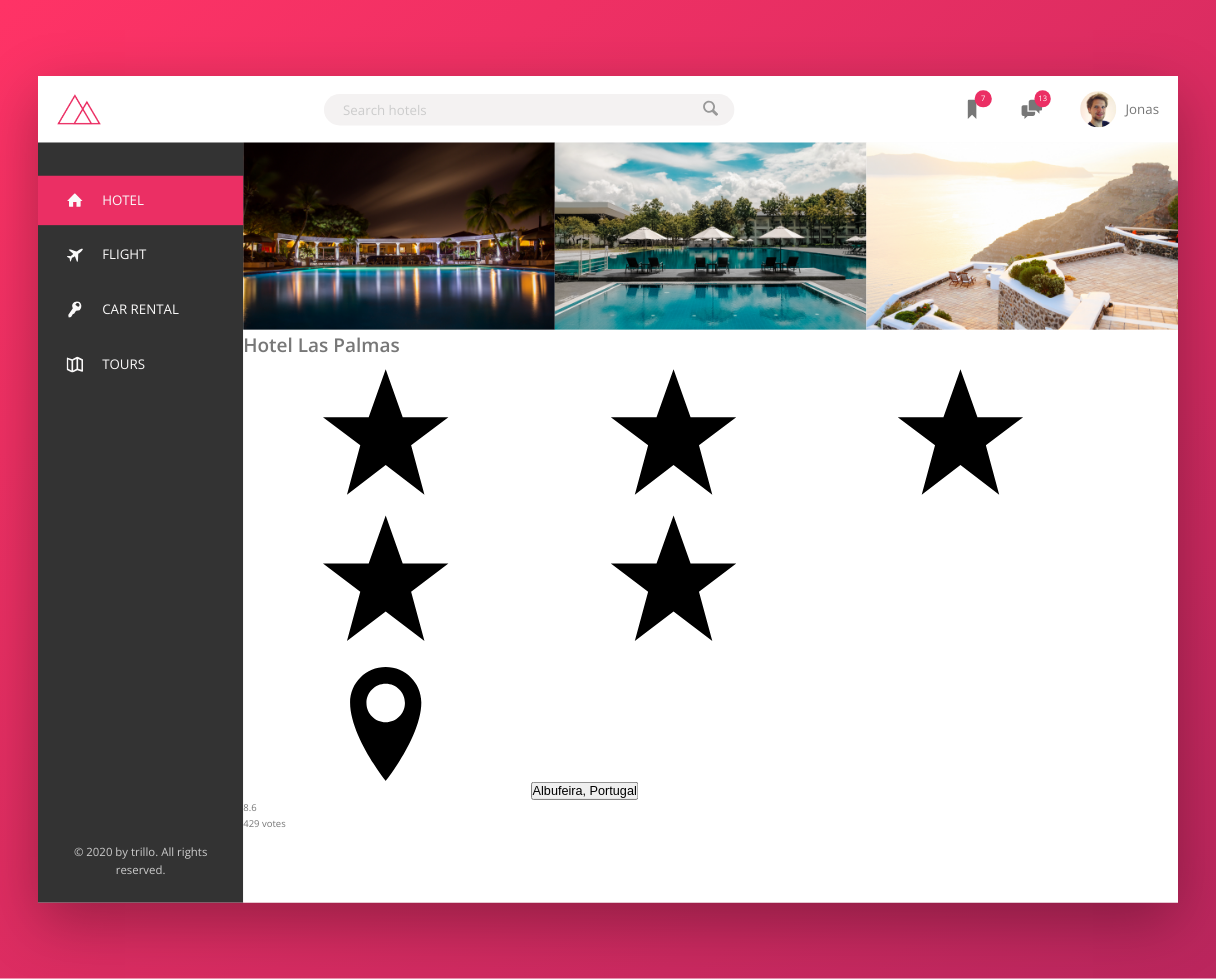
Repository: Lithium87/Trillo
Page: index.html
The author's editor kept a copy of each file at every save. The page is drawn from the files as they stood at one save, then again after the next save.
The browser window is 1280 px wide. The pictures show the whole page, at 95% of full size.
The style sheet was rebuilt from its Sass, Less or Tailwind sources for each picture, by a compiler version that may differ from the author's.

Above is the page before, as saved 2020-05-16 21:24:33.

### index.html
<!DOCTYPE html>
<html lang="en">

<head>
    <meta charset="UTF-8">
    <meta name="viewport" content="width=device-width, initial-scale=1.0">

    <link href="https://fonts.googleapis.com/css?family=Open+Sans:300,400,600" rel="stylesheet">
    <link rel="stylesheet" href="css/style.css">
    <link rel="shortcut icon" type="image/png" href="img/favicon.png">

    <title>trillo &mdash; Your all-in-one booking app</title>
</head>

<body>
    <div class="container">
        <header class="header">
            <img src="img/logo.png" alt="Trillo logo" class="logo">
            <form action="#" class="search">
                <input type="text" class="search__input" placeholder="Search hotels">
                <button class="search__button">
                    <svg class="search__icon">
                        <use xlink:href="img/sprite.svg#icon-magnifying-glass"></use>
                    </svg>
                </button>
            </form>

            <nav class="user-nav">
                <div class="user-nav__icon-box">
                    <svg class="user-nav__icon">
                        <use xlink:href="img/sprite.svg#icon-bookmark"></use>
                    </svg>
                    <span class="user-nav__notification">7</span>
                </div>
                <div class="user-nav__icon-box">
                    <svg class="user-nav__icon">
                        <use xlink:href="img/sprite.svg#icon-chat"></use>
                    </svg>
                    <span class="user-nav__notification">13</span>
                </div>
                <div class="user-nav__user">
                    <img src="img/user.jpg" alt="User photo" class="user-nav__user-photo">
                    <span class="user-nav__user-name">Jonas</span>
                </div>
            </nav>
        </header>
        <div class="content">
            <nav class="sidebar">
                <ul class="side-nav">
                    <li class="side-nav__item side-nav__item--active">
                        <a href="#" class="side-nav__link">
                            <svg class="side-nav__icon">
                                <use xlink:href="img/stripe.svg#icon-home"></use>
                            </svg>
                            <span>Hotel</span>
                        </a>
                    </li>
                    <li class="side-nav__item">
                        <a href="#" class="side-nav__link">
                            <svg class="side-nav__icon">
                                <use xlink:href="img/stripe.svg#icon-aircraft"></use>
                            </svg>
                            <span>Flight</span>
                        </a>
                    </li>
                    <li class="side-nav__item">
                        <a href="#" class="side-nav__link">
                            <svg class="side-nav__icon">
                                <use xlink:href="img/stripe.svg#icon-key"></use>
                            </svg>
                            <span>Car rental</span>
                        </a>
                    </li>
                    <li class="side-nav__item">
                        <a href="#" class="side-nav__link">
                            <svg class="side-nav__icon">
                                <use xlink:href="img/stripe.svg#icon-map"></use>
                            </svg>
                            <span>Tours</span>
                        </a>
                    </li>
                </ul>
                <div class="legal">
                    &copy; 2020 by trillo. All rights reserved.
                </div>
            </nav>
            <main class="hotel-view">
                <div class="gallery">
                    <figure class="gallery__item">
                        <img src="img/hotel-1.jpg" alt="Photo of hotel 1" class="gallery__photo">
                    </figure>
                    <figure class="gallery__item">
                        <img src="img/hotel-2.jpg" alt="Photo of hotel 2" class="gallery__photo">
                    </figure>
                    <figure class="gallery__item">
                        <img src="img/hotel-3.jpg" alt="Photo of hotel 3" class="gallery__photo">
                    </figure>
                </div>
                <div class="overview">
                    <h1 class="overview__heading">Hotel Las Palmas</h1>
                    <div class="overview__stars">
                        <svg class="overview__icon-star">
                            <use xlink:href="img/stripe.svg#icon-star"></use>
                        </svg>
                        <svg class="overview__icon-star">
                            <use xlink:href="img/stripe.svg#icon-star"></use>
                        </svg>
                        <svg class="overview__icon-star">
                            <use xlink:href="img/stripe.svg#icon-star"></use>
                        </svg>
                        <svg class="overview__icon-star">
                            <use xlink:href="img/stripe.svg#icon-star"></use>
                        </svg>
                        <svg class="overview__icon-star">
                            <use xlink:href="img/stripe.svg#icon-star"></use>
                        </svg>
                    </div>
                    <div class="overview__location">
                        <svg class="overview__icon-location">
                            <use xlink:href="img/stripe.svg#icon-location-pin"></use>
                        </svg>
                        <button class="btn-inline">Albufeira, Portugal</button>
                    </div>
                    <div class="overview__rating">
                        <div class="overview__rating-average">8.6</div>
                        <div class="overview__rating-count">429 votes</div>
                    </div>
                </div>
            </main>
        </div>
    </div>
</body>

</html>

### sass/_base.scss
:root {
    --color-primary: #eb2f64;
    --color-primary-light: #FF3366;
    --color-primary-dark: #BA265D;
    --color-grey-light-1: #faf9f9;
    --color-grey-light-2: #f4f2f2;
    --color-grey-light-3: #f0eeee;
    --color-grey-light-4: #ccc;
    --color-grey-dark-1: #333;
    --color-grey-dark-2: #777;
    --color-grey-dark-3: #999;
    --shadow-dark: 0 2rem 6rem rgba(0, 0, 0, .3);
}

* {
    margin: 0;
    padding: 0;
}

*,
*::before,
*::after {
    box-sizing: inherit;
}

html {
    box-sizing: border-box;
    font-size: 62.5%; // 1rem = 10px
}

body {
    font-family: 'Open Sans', sans-serif;
    font-weight: 400;
    line-height: 1.6;
    color: var(--color-grey-dark-2);
    background-image: linear-gradient(to right bottom, var(--color-primary-light), var(--color-primary-dark));
    background-size: cover;
    background-repeat: no-repeat;
    min-height: 100vh;
}

### sass/_layout.scss
.container {
    max-width: 120rem;
    margin: 8rem auto;
    background-color: var(--color-grey-light-1);
    box-shadow: var(--shadow-dark);
    min-height: 50rem;
}

.header {
    font-size: 1.4rem;
    height: 7rem;
    background-color: #fff;
    border-bottom: var(--color-grey-light-2);
    display: flex;
    justify-content: space-between;
    align-items: center;
}

.content {
    display: flex;
}

.sidebar {
    background-color: var(--color-grey-dark-1);
    flex: 0 0 18%;
    display: flex;
    flex-direction: column;
    justify-content: space-between;
}

.hotel-view {
    background-color: #fff;
    flex: 1;
    height: 80rem;
}

### sass/_components.scss
///////////////////////
//LOGO
.logo {
    height: 3.25rem;
    margin-left: 2rem;
}

///////////////////////
//SEARCH BOX
.search {
    flex: 0 0 40%;
    display: flex;
    align-items: center;
    justify-content: center;
    &__input {
        font-family: inherit;
        font-size: inherit;
        color: inherit;
        background-color: var(--color-grey-light-2);
        border: none;
        padding: .7rem 2rem;
        border-radius: 100px;
        width: 90%;
        transition: all .2s;
        margin-right: -3.5rem;
        &:focus {
            outline: none;
            width: 100%;
            background-color: var(--color-grey-light-3);
        }
        &::-webkit-input-placeholder {
            font-weight: 100;
            color: var(--color-grey-light-4);
        }
    }
    &__input:focus+&__button {
        background-color: var(--color-grey-light-3);
    }
    &__button {
        border: none;
        background-color: var(--color-grey-light-2);
        &:focus {
            outline: none;
        }
        &:active {
            transform: translateY(2px);
        }
    }
    &__icon {
        height: 2rem;
        width: 2rem;
        fill: var(--color-grey-dark-3);
    }
}

///////////////////////
//USER NAVIGATION
.user-nav {
    align-self: stretch;
    display: flex;
    align-items: center;
    &>* {
        padding: 0 2rem;
        cursor: pointer;
        height: 100%;
        display: flex;
        align-items: center;
    }
    &>*:hover {
        background-color: var(--color-grey-light-2);
    }
    &__icon-box {
        position: relative;
    }
    &__icon {
        height: 2.25rem;
        width: 2.25rem;
        fill: var(--color-grey-dark-2);
    }
    &__notification {
        font-size: .8rem;
        height: 1.75rem;
        width: 1.75rem;
        border-radius: 50%;
        background-color: var(--color-primary);
        color: #fff;
        position: absolute;
        top: 1.5rem;
        right: 1.1rem;
        display: flex;
        justify-content: center;
        align-items: center;
    }
    &__user-photo {
        height: 3.75rem;
        border-radius: 50%;
        margin-right: 1rem;
    }
}

///////////////////////
//SIDE NAVIGATION
.side-nav {
    font-size: 1.4rem;
    list-style: none;
    margin-top: 3.5rem;
    &__item {
        position: relative;
        &:not(:last-child) {
            margin-bottom: .5rem;
        }
    }
    &__item::before {
        content: "";
        position: absolute;
        top: 0;
        left: 0;
        height: 100%;
        width: 3px;
        background-color: var(--color-primary);
        transform: scaleY(0);
        transition: transform .2s, width .4s cubic-bezier(1, 0, 0, 1) .2s, background-color .1s;
    }
    &__item:hover::before,
    &__item--active::before {
        transform: scaleY(1);
        width: 100%;
    }
    &__item:active::before {
        background-color: var(--color-primary-light);
    }
    &__link:link,
    &__link:visited {
        color: var(--color-grey-light-1);
        text-decoration: none;
        text-transform: uppercase;
        display: block;
        padding: 1.5rem 3rem;
        position: relative;
        z-index: 10;
        display: flex;
        align-items: center;
    }
    &__icon {
        width: 1.75rem;
        height: 1.75rem;
        margin-right: 2rem;
        fill: currentColor;
    }
}

///////////////////////
//LEGAL TEXT
.legal {
    font-size: 1.2rem;
    color: var(--color-grey-light-4);
    text-align: center;
    padding: 2.5rem;
}

///////////////////////
//GALLERY
.gallery {
    display: flex;
    &__photo {
        width: 100%;
        display: block;
    }
}

///////////////////////
//HOTEL OVERVIEW
.overview {
    &__heading {}
    &__stars {}
    &__icon-star {}
    &__location {}
    &__icon-location {}
    &__rating {}
    &__rating-average {}
    &__rating-count {}
}

Loaded but not shown: sass/main.scss (common file)

After the next save:
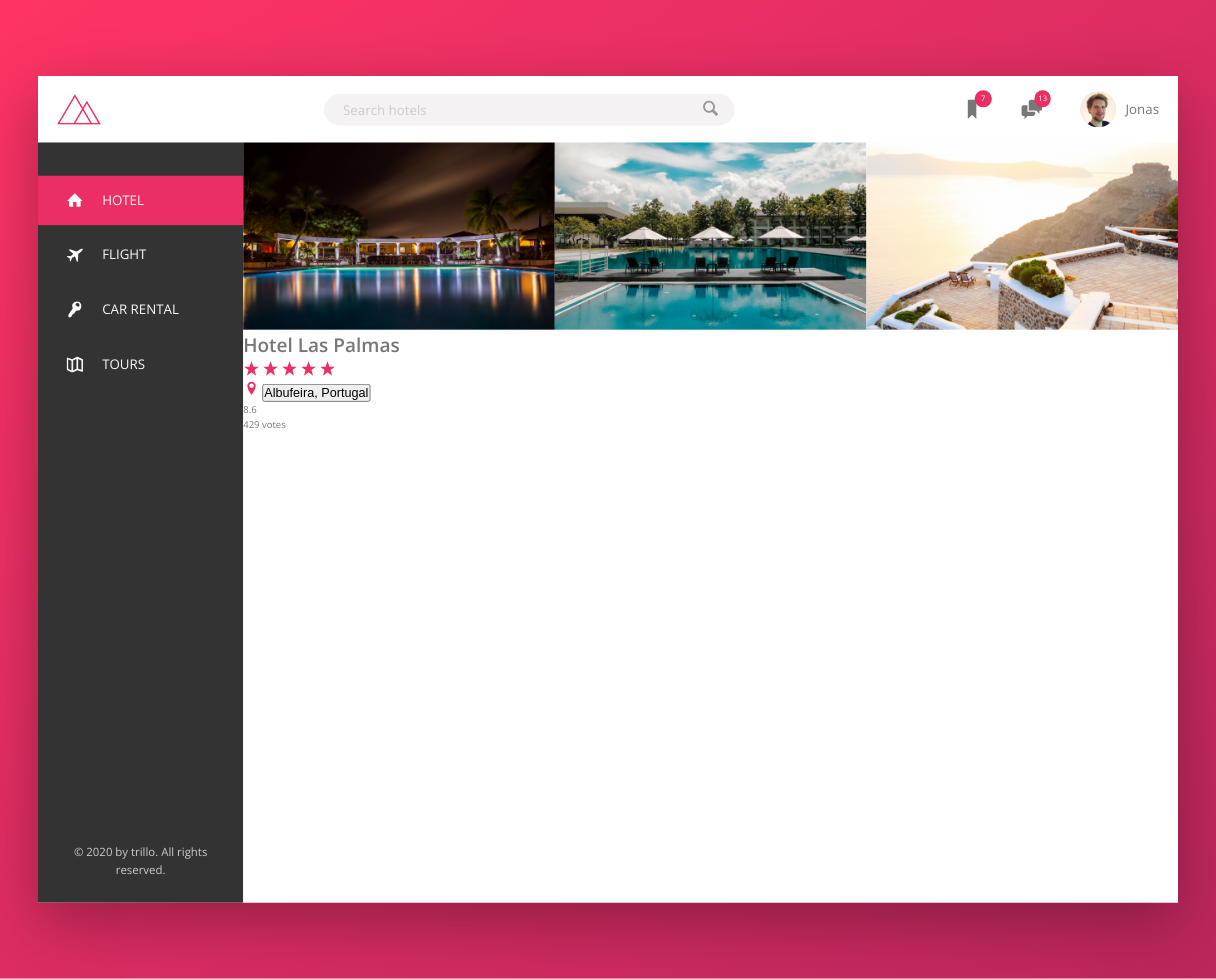
Saved 34 min 50 s later.
--- a/sass/_components.scss
+++ b/sass/_components.scss
@@ -173,9 +173,13 @@
 .overview {
     &__heading {}
     &__stars {}
-    &__icon-star {}
+    &__icon-star,
+    &__icon-location {
+        width: 1.75rem;
+        height: 1.75rem;
+        fill: var(--color-primary);
+    }
     &__location {}
-    &__icon-location {}
     &__rating {}
     &__rating-average {}
     &__rating-count {}
